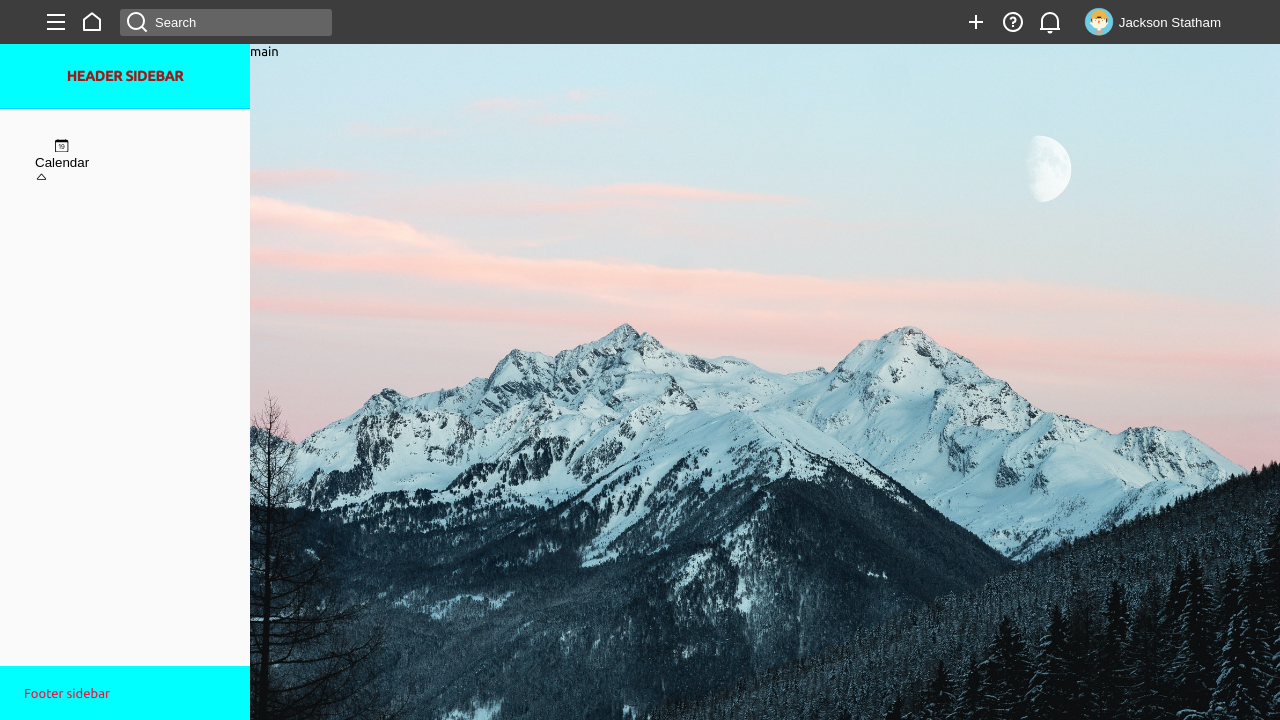
Repository: huuthe1999/to-do-list
Page: /
The author's editor kept a copy of each file at every save. The page is drawn from the files as they stood at one save, then again after a run of saves.
The browser window is 1280 px wide. The pictures show the whole page.
The project was rebuilt for these pictures with package versions that can differ from the ones it lists, and the page was loaded fresh each time. Also part of the build but not shown: src/components/form/addForm/addForm.scss, src/components/form/addForm/AddForm.js, src/components/modal/modal.scss, src/components/modal/Modal.js, src/components/calendar/calendarItem/calendarItem.scss.

Above is the page before, as saved 2022-02-17 11:22:09.

### public/index.html
<!DOCTYPE html>
<html lang="en">
	<head>
		<meta charset="utf-8" />
		<link rel="icon" href="%PUBLIC_URL%/favicon.ico" />
		<meta name="viewport" content="width=device-width, initial-scale=1" />
		<meta name="theme-color" content="#000000" />
		<meta
			name="description"
			content="Web site created using create-react-app"
		/>
		<link rel="apple-touch-icon" href="%PUBLIC_URL%/logo192.png" />
		<!--
      manifest.json provides metadata used when your web app is installed on a
      user's mobile device or desktop. See https://developers.google.com/web/fundamentals/web-app-manifest/
    -->
		<link rel="manifest" href="%PUBLIC_URL%/manifest.json" />
		<!--
      Notice the use of %PUBLIC_URL% in the tags above.
      It will be replaced with the URL of the `public` folder during the build.
      Only files inside the `public` folder can be referenced from the HTML.

      Unlike "/favicon.ico" or "favicon.ico", "%PUBLIC_URL%/favicon.ico" will
      work correctly both with client-side routing and a non-root public URL.
      Learn how to configure a non-root public URL by running `npm run build`.
    -->
		<title>React Redux App</title>
	</head>
	<body>
		<noscript>You need to enable JavaScript to run this app.</noscript>
		<div id="modal"></div>
		<div id="root"></div>
		<!--
      This HTML file is a template.
      If you open it directly in the browser, you will see an empty page.

      You can add webfonts, meta tags, or analytics to this file.
      The build step will place the bundled scripts into the <body> tag.

      To begin the development, run `npm start` or `yarn start`.
      To create a production bundle, use `npm run build` or `yarn build`.
    --></body>
</html>

### src/index.js
import React from 'react';
import ReactDOM from 'react-dom';
import { Provider } from 'react-redux';
import App from './App';
import { store } from './app/store';

ReactDOM.render(
	<React.StrictMode>
		<Provider store={store}>
			<App />
		</Provider>
	</React.StrictMode>,
	document.getElementById('root'),
);

### src/App.js
import React from 'react';
// import { Counter } from './features/counter/Counter';
import './App.scss';
import Main from './components/main/Main';
import SideBar from './components/sideBar/SideBar';
import TopBar from './components/topBar/TopBar';
function App() {
	return (
		<div className='app'>
			<TopBar />
			<div className='container'>
				<SideBar />
				<Main />
			</div>
		</div>
	);
}

export default App;

### src/App.scss
@import url('https://fonts.googleapis.com/css2?family=Ubuntu:wght@300;400;500&display=swap');
*,
*::before,
*::after {
	margin: 0;
	padding: 0;
	box-sizing: border-box;
}

:root {
	--icon-color: #fff;
	--icon-size: 40px;

	--bg: rgb(53, 42, 42);
	--bg-input: hsla(0, 0%, 100%, 0.2);
	// Header
	--hd-text-color: #ffffff;
	--hd-icon-color-hover: #202020;
}

.app {
	font-family: 'Ubuntu', sans-serif;
	font-size: 13px;
	width: 100vw;
	height: 100vh;
	background-color: var(--bg);
	overflow: hidden;
}

.container {
	display: flex;
	height: calc(100% - 44px);
}

button {
	border: none;
	outline: none;
	cursor: pointer;
	background-color: transparent;
}

a {
	text-decoration: none;
}

ul {
	list-style-type: none;
}

### src/components/main/Main.js
import './main.scss';

const Main = () => {
	return <div className='main'>main</div>;
};

export default Main;

### src/components/sideBar/SideBar.js
import Calendar from '../calendar/Calendar';
import './sideBar.scss';

const SideBar = () => {
	return (
		<div className='sidebar'>
			<div className='sidebar__inner'>
				<div className='sidebar__layout'>
					<div className='sidebar__layout-header'>
						<p>Header sidebar</p>
					</div>
					<div className='sidebar__layout-content'>
						<Calendar />
					</div>
					<div className='sidebar__layout-footer'>Footer sidebar</div>
				</div>
			</div>
		</div>
	);
};

export default SideBar;

### src/components/topBar/TopBar.js
import { useState } from 'react';
import {
	RiAddLine,
	RiHomeLine,
	RiMenuLine,
	RiNotification2Line,
	RiQuestionLine,
	RiSearchLine,
} from 'react-icons/ri';
import Avatar from '../../assets/images/avatar.png';
import AddForm from '../form/addForm/AddForm';
import Modal from '../modal/Modal';
import './topbar.scss';
const TopBar = () => {
	const [modal, setShowModal] = useState(false);
	return (
		<header className='topbar'>
			<div className='topbar__inner'>
				<div className='topbar__inner-leftControl'>
					<button className='topbar__button leftControl'>
						<RiMenuLine className='topbar__button-icon' />
					</button>

					<button className='topbar__button leftControl'>
						<RiHomeLine className='topbar__button-icon' />
					</button>
					<div className='topbar__inner-leftControl-search'>
						<RiSearchLine className='topbar__button-icon topbar__button-icon-search' />
						<input type='text' placeholder='Search' />
					</div>
				</div>
				<div className='topbar__inner-rightControl'>
					<Modal showModal={modal} setShowModal={setShowModal}>
						<AddForm setShowModal={setShowModal} />
					</Modal>
					<button className='topbar__button rightControl'>
						<RiAddLine
							className='topbar__button-icon'
							onClick={() => setShowModal(true)}
						/>
					</button>
					<button className='topbar__button rightControl'>
						<RiQuestionLine className='topbar__button-icon' />
					</button>
					<button className='topbar__button rightControl'>
						<RiNotification2Line className='topbar__button-icon' />
					</button>
					<button className='topbar__button info'>
						<img src={Avatar} alt='avatar' />
						<p>Jackson Statham</p>
					</button>
				</div>
			</div>
		</header>
	);
};

export default TopBar;

### src/features/counter/counterSlice.js
import { createAsyncThunk, createSlice } from '@reduxjs/toolkit';
import { fetchCount } from './counterAPI';

const initialState = {
  value: 0,
  status: 'idle',
};

// The function below is called a thunk and allows us to perform async logic. It
// can be dispatched like a regular action: `dispatch(incrementAsync(10))`. This
// will call the thunk with the `dispatch` function as the first argument. Async
// code can then be executed and other actions can be dispatched. Thunks are
// typically used to make async requests.
export const incrementAsync = createAsyncThunk(
  'counter/fetchCount',
  async (amount) => {
    const response = await fetchCount(amount);
    // The value we return becomes the `fulfilled` action payload
    return response.data;
  }
);

export const counterSlice = createSlice({
  name: 'counter',
  initialState,
  // The `reducers` field lets us define reducers and generate associated actions
  reducers: {
    increment: (state) => {
      // Redux Toolkit allows us to write "mutating" logic in reducers. It
      // doesn't actually mutate the state because it uses the Immer library,
      // which detects changes to a "draft state" and produces a brand new
      // immutable state based off those changes
      state.value += 1;
    },
    decrement: (state) => {
      state.value -= 1;
    },
    // Use the PayloadAction type to declare the contents of `action.payload`
    incrementByAmount: (state, action) => {
      state.value += action.payload;
    },
  },
  // The `extraReducers` field lets the slice handle actions defined elsewhere,
  // including actions generated by createAsyncThunk or in other slices.
  extraReducers: (builder) => {
    builder
      .addCase(incrementAsync.pending, (state) => {
        state.status = 'loading';
      })
      .addCase(incrementAsync.fulfilled, (state, action) => {
        state.status = 'idle';
        state.value += action.payload;
      });
  },
});

export const { increment, decrement, incrementByAmount } = counterSlice.actions;

// The function below is called a selector and allows us to select a value from
// the state. Selectors can also be defined inline where they're used instead of
// in the slice file. For example: `useSelector((state: RootState) => state.counter.value)`
export const selectCount = (state) => state.counter.value;

// We can also write thunks by hand, which may contain both sync and async logic.
// Here's an example of conditionally dispatching actions based on current state.
export const incrementIfOdd = (amount) => (dispatch, getState) => {
  const currentValue = selectCount(getState());
  if (currentValue % 2 === 1) {
    dispatch(incrementByAmount(amount));
  }
};

export default counterSlice.reducer;

### src/components/main/main.scss
.main {
	width: 100%;
	height: 100%;
	background-image: url(../../assets/images/bg_main.jpg);
	background-repeat: no-repeat;
	background-size: cover;
	overflow-y: auto;
}

### src/components/calendar/Calendar.js
import React from 'react';
import { BsCalendarDate } from 'react-icons/bs';
import { BsCaretUp } from 'react-icons/bs';

const calendarList = [
	{ id: 1, name: 'Today' },
	{ id: 2, name: 'Tomorrow' },
	{ id: 3, name: 'Next Week' },
];
const Calendar = () => {
	return (
		<div className='calendar'>
			<div className='calendar__header'>
				<button className='calendar__header--title'>
					<BsCalendarDate />
					<p>Calendar</p>
				</button>
				<div className='calendar__header--expand'>
					<span>
						<BsCaretUp />
					</span>
				</div>
			</div>
			<div className='calendar__content'>
				<div className='calendar__content--wrapper'>
					<div className='calendar__content--wrapper--inner'>
						<ul></ul>
					</div>
				</div>
			</div>
		</div>
	);
};

export default Calendar;

### src/components/sideBar/sideBar.scss
.sidebar {
	position: relative;
	z-index: 109;
	height: 100%;
	background-color: aqua;
	min-width: 250px;
	width: 300px;
	transition: all 0.3s cubic-bezier(0.4, 0, 0.2, 1);

	&__inner {
		height: 100%;
		position: relative;
		z-index: 101;
	}

	&__layout {
		height: 100%;
		overflow-y: auto;
		overflow-x: hidden;
		display: flex;
		flex-direction: column;
		position: relative;
		z-index: 101;

		&-header {
			border-bottom: 1px solid rgba(8, 41, 228, 0.2);

			p {
				text-align: center;
				color: rgb(160, 25, 25);
				padding: 24px;
				font-weight: bold;
				font-size: 14px;
				text-transform: uppercase;
			}
		}

		&-content {
			flex-grow: 1;
			padding-top: 30px;
			padding-left: 35px;
			padding-bottom: 30px;
			background-color: #fafafa;
		}

		&-footer {
			padding: 20px 24px;
			color: rgb(245, 12, 62);
		}
	}
}

### src/components/topBar/topbar.scss
.topbar {
	display: flex;
	justify-content: center;
	align-items: center;
	background-color: #3d3d3d;
	flex-shrink: 0;
	padding: 0px 42px;
	font-size: 13px;
	color: #202020;
	height: 44px;

	&__inner {
		display: flex;
		justify-content: space-between;
		background-color: transparent;
		width: 100%;
		height: 100%;

		&-leftControl {
			display: flex;
			align-items: center;
			justify-content: flex-start;

			&-search {
				display: flex;
				align-items: center;
				position: relative;
				margin-left: 6px;

				&:hover {
					input {
						background-color: var(--hd-text-color);
						&::placeholder {
							color: var(--hd-icon-color-hover);
						}
					}
					* {
						color: var(--hd-icon-color-hover);
					}
				}

				input {
					font-size: 13px;
					color: var(--hd-text-color);
					background-color: var(--bg-input);
					outline: 0;
					border-radius: 3px;
					border: 1px solid transparent;
					padding: 5px 0 5px 34px;
					transition: all 0.15s cubic-bezier(0.4, 0, 0.2, 0.1);
					transition-property: background-color;

					&::placeholder {
						color: var(--hd-text-color);
					}
				}
			}
		}

		&-rightControl {
			display: flex;
			align-items: center;
			height: 44px;
			padding: 0px 12px;

			img {
				width: 100%;
				height: 100%;
			}
		}
	}

	&__button {
		display: flex;
		justify-content: center;
		align-items: center;
		border-radius: 3px;

		&:hover {
			background-color: var(--bg-input);
		}

		&.leftControl {
			height: 28px;
			min-width: 28px;
			margin-right: 8px;
		}

		&.rightControl {
			height: 32px;
			min-width: 32px;
			margin-left: 5px;
		}

		&.info {
			height: 100%;
			color: var(--hd-text-color);
			margin-left: 8px;
			padding: 0px 5px;
			img {
				width: 40px;
				height: 40px;
			}
		}
		&-icon {
			font-size: 24px;
			color: var(--icon-color);

			&-search {
				position: absolute;
				left: 5px;
				top: 50%;
				transform: translateY(-50%);
				color: var(--icon-color);
			}
		}
	}
}

### src/components/calendar/calendarItem/CalendarItem.js
import './calendarItem.scss';

const CalendarItem = () => {
	return <li>CalendarItem</li>;
};

export default CalendarItem;

Loaded but not shown: src/app/store.js (common file); src/features/counter/counterAPI.js (common file)

After the next 4 saves:
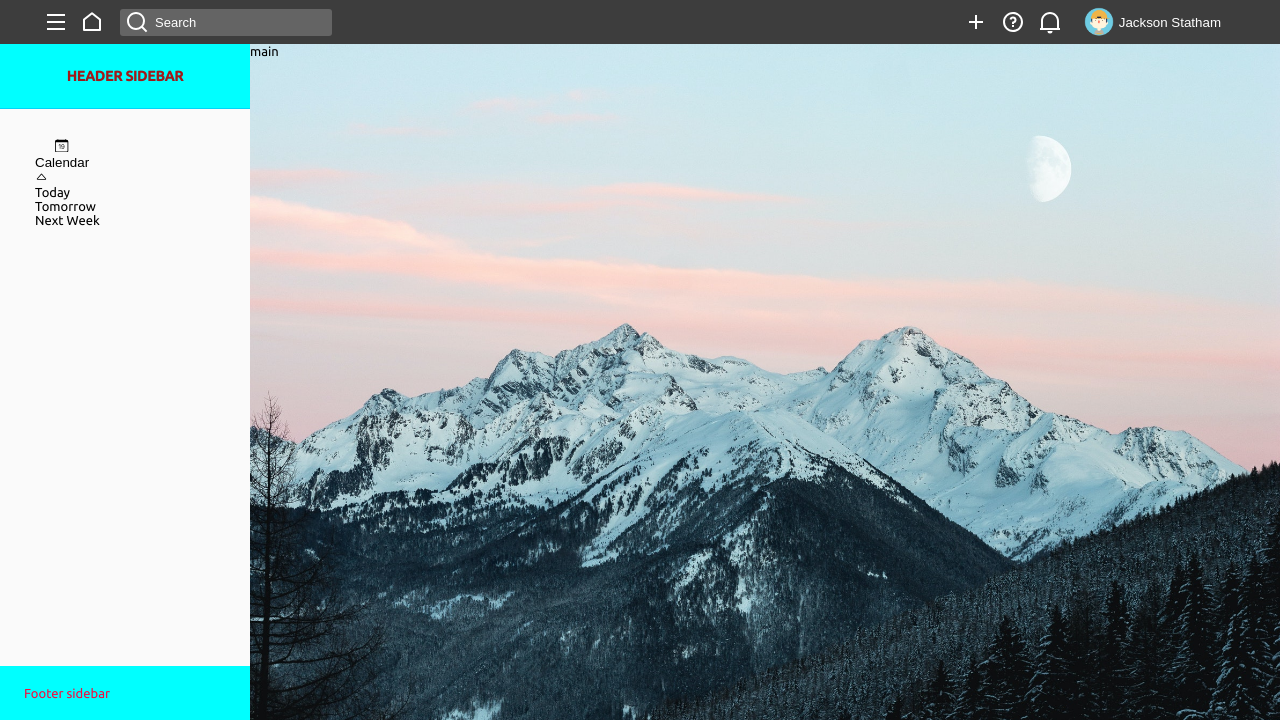
The 4 saves are shown as one change because 3 did not build or start.
The last was saved 2 min 32 s later.
--- a/src/components/calendar/Calendar.js
+++ b/src/components/calendar/Calendar.js
@@ -1,6 +1,6 @@
 import React from 'react';
-import { BsCalendarDate } from 'react-icons/bs';
-import { BsCaretUp } from 'react-icons/bs';
+import { BsCalendarDate, BsCaretUp } from 'react-icons/bs';
+import CalendarItem from './calendarItem/CalendarItem';
 
 const calendarList = [
 	{ id: 1, name: 'Today' },
@@ -24,7 +24,11 @@ const Calendar = () => {
 			<div className='calendar__content'>
 				<div className='calendar__content--wrapper'>
 					<div className='calendar__content--wrapper--inner'>
-						<ul></ul>
+						<ul>
+							{calendarList.map(({ id, name }) => (
+								<CalendarItem key={id} name={name} />
+							))}
+						</ul>
 					</div>
 				</div>
 			</div>
--- a/src/components/calendar/calendarItem/CalendarItem.js
+++ b/src/components/calendar/calendarItem/CalendarItem.js
@@ -1,7 +1,7 @@
 import './calendarItem.scss';
 
-const CalendarItem = () => {
-	return <li>CalendarItem</li>;
+const CalendarItem = ({ key, name }) => {
+	return <li key={key}>{name}</li>;
 };
 
 export default CalendarItem;
